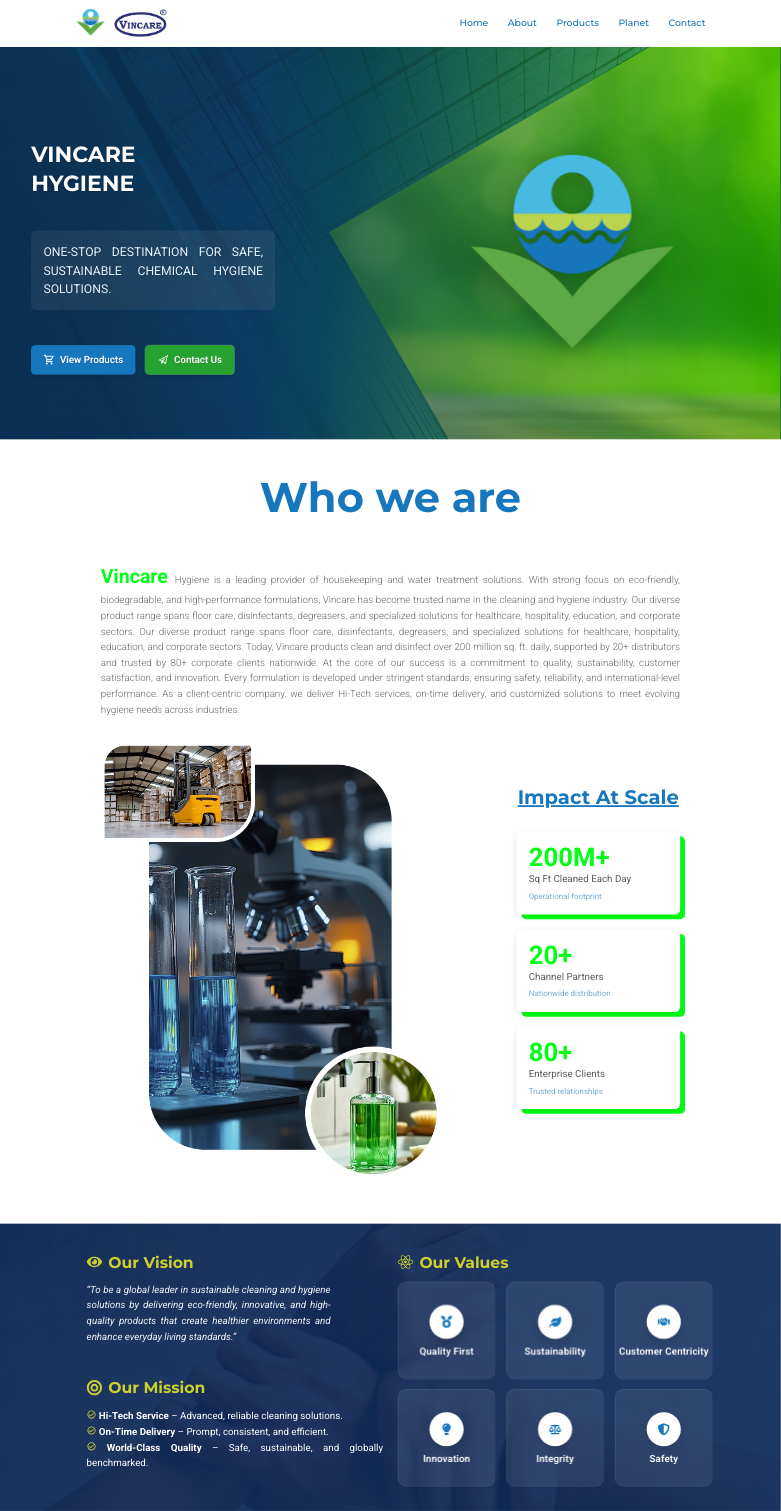
Repository: Yeshwanth-189/vincare
Page: / (app in vincare-frontend/)
These files come from the project's save history. The page is drawn as it stood at one moment and after the next save; the edit follows.
The browser window is 1280 px wide. The pictures show the whole page, at 61% of full size.
The project was rebuilt for these pictures with package versions that can differ from the ones it lists, and the page was loaded fresh each time. Also part of the build but not shown: vincare-frontend/vite.config.js.

Above is the page before, as saved 2025-09-20 02:32:07.

### vincare-frontend/index.html
<!DOCTYPE html>
<html lang="en">
  <head>
    <meta charset="UTF-8" />
    <link rel="preconnect" href="https://fonts.googleapis.com" />
    <link rel="preconnect" href="https://fonts.gstatic.com" crossorigin />
    <link rel="icon" type="image/svg+xml" href="/Vincare-Logo.png" />
    <link
      href="https://fonts.googleapis.com/css2?family=Lato:ital,wght@0,100;0,300;0,400;0,700;0,900;1,100;1,300;1,400;1,700;1,900&family=Montserrat:ital,wght@0,100..900;1,100..900&family=Roboto:ital,wght@0,100..900;1,100..900&display=swap"
      rel="stylesheet"
    />
    <meta name="viewport" content="width=device-width, initial-scale=1.0" />
    <title>Vincare Hygiene</title>
  </head>
  <body>
    <div id="root"></div>
    <script type="module" src="/src/main.jsx"></script>
  </body>
</html>

### vincare-frontend/src/App.jsx
import "./App.css";
import Vincare from "./components/Vincare";
import { BrowserRouter as Router, Routes, Route } from "react-router-dom";

function App() {
  return (
    <>
      <Router>
        <Routes>
          <Route path="/" element={<Vincare />} />
        </Routes>
      </Router>
    </>
  );
}

export default App;

### vincare-frontend/src/App.css
:root {
  /* Brand Colors */
  --color-primary: #1777bc; /* Dark Navy Blue */
  --color-secondary: rgb(0, 255, 21); /* Professional Light Blue */

  /* Backgrounds */
  --color-bg: #ffffff;
  --color-bg-light: #f5f5f5;

  /* Neutral Grays */
  --color-gray-dark: #333333;
  --color-gray-mid: #666666;
  --color-gray-light: #f5f5f5;

  /* Status Colors */
  --color-success: #2e7d32;
  --color-warning: #ed6c02;
  --color-error: #d32f2f;

  /* Typography */
  --font-heading: "Montserrat", serif;
  --font-body: "Roboto", sans-serif;

  /* Font Sizes (scalable for responsive design) */
  --text-h1: 2.5rem;
  --text-h2: 2rem;
  --text-h3: 1.5rem;
  --text-body: 1rem;
  --text-small: 0.875rem;

  /* Spacing (consistent padding/margin system) */
  --space-xs: 4px;
  --space-sm: 8px;
  --space-md: 16px;
  --space-lg: 24px;
  --space-xl: 32px;

  /* Border Radius */
  --radius-sm: 4px;
  --radius-md: 8px;
  --radius-lg: 16px;

  /* Shadows */
  --shadow-sm: 0 1px 2px rgba(0, 0, 0, 0.05);
  --shadow-md: 0 4px 6px rgba(0, 0, 0, 0.1);
  --shadow-lg: 0 10px 15px rgba(0, 0, 0, 0.15);
}

html,
body {
  margin: 0;
  padding: 0;
}
* {
  box-sizing: border-box;
}
/* Base Typography */
body {
  font-family: var(--font-body);
  font-size: var(--text-body);
  color: var(--color-gray-dark);
  background-color: var(--color-bg);
  margin: 0;
  padding: 0;
}

h1,
h2,
h3,
h4,
h5,
h6 {
  font-family: var(--font-heading);
  color: var(--color-primary);
  margin: 0 0 var(--space-md);
}

p {
  margin: 0 0 var(--space-md);
  color: var(--color-gray-mid);
}

### vincare-frontend/src/components/Vincare.jsx
import React from "react";
import NavBar from "../components/Navbar";
import Hero from "../components/Hero";
import About from "../components/About";
// import Services from "../components/Services";
// import Projects from "../components/Projects";
// import Courses from "../components/Courses";
// import Blogs from "../components/Blogs";
// import Contact from "../components/Contact";
// import Footer from "../components/Footer";

function Vincare() {
  return (
    <>
      <NavBar />
      <section id="home">
        <Hero />
      </section>
      <section id="about">
        <About />
      </section>
      {/* <section id="services">
        <Services />
      </section>
      <section id="courses">
        <Courses />
      </section>
      <section id="projects">
        <Projects />
      </section>
      <section id="blogs">
        <Blogs />
      </section>
      <section id="contact">
        <Contact />
      </section>
      <Footer /> */}
    </>
  );
}

export default Vincare;

### vincare-frontend/src/components/Navbar.jsx
import React, { useState } from "react";
import { Link as ScrollLink } from "react-scroll";
import "../styles/Navbar.css";
import VincareLogo from "../assets/Vincare-Logo.png";
import VincareWordLogo from "../assets/Vincare-Word-Logo.png";

function Navbar() {
  const [isOpen, setIsOpen] = useState(false);

  return (
    <nav className="navbar">
      <div className="navbar-grid">
        <div className="col-1" />

        <div className="col-2to11 navbar-content">
          <div className="navbar-logo">
            <img alt="logo" className="navbar-logo-image" src={VincareLogo} />
            <img
              alt="logo"
              className="navbar-word-logo-image"
              src={VincareWordLogo}
            />
            <div className="hamburger" onClick={() => setIsOpen(!isOpen)}>
              <span className={isOpen ? "bar rotate-top" : "bar"}></span>
              <span className={isOpen ? "bar fade" : "bar"}></span>
              <span className={isOpen ? "bar rotate-bottom" : "bar"}></span>
            </div>
          </div>

          {/* Smooth Scrolling Links */}
          <div className={`navbar-links ${isOpen ? "open" : ""}`}>
            <ScrollLink
              to="home"
              smooth={true}
              duration={700}
              onClick={() => setIsOpen(false)}
            >
              Home
            </ScrollLink>
            <ScrollLink
              to="about"
              smooth={true}
              duration={700}
              onClick={() => setIsOpen(false)}
            >
              About
            </ScrollLink>
            <ScrollLink
              to="services"
              smooth={true}
              duration={700}
              onClick={() => setIsOpen(false)}
            >
              Products
            </ScrollLink>
            <ScrollLink
              to="courses"
              smooth={true}
              duration={700}
              onClick={() => setIsOpen(false)}
            >
              Planet
            </ScrollLink>
            <ScrollLink
              to="contact"
              smooth={true}
              duration={700}
              onClick={() => setIsOpen(false)}
            >
              Contact
            </ScrollLink>
          </div>
        </div>

        <div className="col-12" />
      </div>
    </nav>
  );
}

export default Navbar;

### vincare-frontend/src/components/Hero.jsx
import React from "react";
// eslint-disable-next-line no-unused-vars
import { motion } from "framer-motion";
import "../styles/hero.css";
import HeroBg from "../assets/hero-of-bg.png";
import SideImage from "../assets/Vincare-Logo.png";
import { IoMdPaperPlane } from "react-icons/io";
import { MdOutlineShoppingCart } from "react-icons/md";

/**
 * Props:
 * - title       (string)
 * - subtitle    (string)
 * - text        (string)
 * - primaryCta  ({ label: string, onClick?: fn, href?: string })
 * - secondaryCta({ label: string, onClick?: fn, href?: string })
 * - bgImage     (string) // URL for hero background image
 */
export default function Hero({
  title = "VINCARE",
  subtitle = "HYGIENE",
  text = "ONE-STOP DESTINATION FOR SAFE, SUSTAINABLE CHEMICAL HYGIENE SOLUTIONS.",
  primaryCta = { label: "View Products", href: "#" },
  secondaryCta = { label: "Contact Us", href: "#" },
  bgImage = HeroBg,
  sideImage = SideImage,
}) {
  // animation variants
  const container = {
    hidden: { opacity: 0 },
    show: {
      opacity: 1,
      transition: { staggerChildren: 0.12, delayChildren: 0.15 },
    },
  };

  const riseUp = {
    hidden: { opacity: 0, y: 24 },
    show: {
      opacity: 1,
      y: 0,
      transition: { type: "spring", stiffness: 90, damping: 14 },
    },
  };

  const slideIn = {
    hidden: { opacity: 0, x: -24 },
    show: {
      opacity: 1,
      x: 0,
      transition: { type: "spring", stiffness: 90, damping: 16 },
    },
  };

  const fadeIn = {
    hidden: { opacity: 0 },
    show: { opacity: 1, transition: { duration: 0.35 } },
  };

  return (
    <section
      className="hero"
      style={{ ["--hero-bg-image"]: `url(${bgImage})` }}
      aria-label="Intro"
    >
      <div className="hero__inner">
        {/* Column 1 & 12 are gutters by layout rules in CSS */}
        <motion.div
          className="hero__content"
          variants={container}
          initial="hidden"
          animate="show"
        >
          <motion.h1 className="hero__title" variants={riseUp}>
            {title}
          </motion.h1>

          <motion.h1 className="hero__title" variants={fadeIn}>
            {subtitle}
          </motion.h1>

          <motion.p className="hero__text" variants={slideIn}>
            {text}
          </motion.p>

          <motion.div className="hero__actions" variants={fadeIn}>
            {primaryCta?.href ? (
              <a className="btn btn--primary" href={primaryCta.href}>
                <MdOutlineShoppingCart className="btn__icon" />
                {primaryCta.label}
              </a>
            ) : (
              <button
                className="btn btn--primary"
                onClick={primaryCta?.onClick}
              >
                <MdOutlineShoppingCart className="btn__icon" />
                {primaryCta.label}
              </button>
            )}

            {secondaryCta?.href ? (
              <a className="btn btn--ghost" href={secondaryCta.href}>
                <IoMdPaperPlane className="btn__icon" />
                {secondaryCta.label}
              </a>
            ) : (
              <button
                className="btn btn--ghost"
                onClick={secondaryCta?.onClick}
              >
                <IoMdPaperPlane className="btn__icon" />
                {secondaryCta.label}
              </button>
            )}
          </motion.div>
        </motion.div>
        <motion.div className="hero__visual">
          <motion.img
            src={sideImage}
            alt="Illustration"
            className="hero__visual-img"
            initial={{ rotateY: 0 }}
            animate={{ rotateY: 1080 }}
            transition={{ duration: 1.2, ease: "easeOut" }}
          />
        </motion.div>
      </div>
    </section>
  );
}

### vincare-frontend/src/styles/Navbar.css
.navbar {
  position: fixed;
  width: 100%;
  background-color: var(--color-bg);
  z-index: 999;
  padding: 1% 0 1%;
}

.navbar-grid {
  display: grid;
  grid-template-columns: repeat(12, 1fr);
  align-items: center;
  max-width: 1400px;
  margin: 0 auto;
  padding: 0 20px;
}

.col-1 {
  grid-column: 1 / 2;
}

.col-2to11 {
  grid-column: 2 / 12;
  display: flex;
  justify-content: space-between;
  align-items: center;
}

.col-12 {
  display: none;
}

/* Left: Logo */
.navbar-logo {
  font-family: "Montserrat", serif;
  font-size: 1.3rem;
  color: var(--color-primary);
  display: flex;
  justify-content: flex-start;
  align-items: flex-start;
  gap: 10px;
  width: 100%;
}

.navbar-logo-image {
  width: 8%;
}
.navbar-word-logo-image {
  width: 15%;
}
.primary {
  color: #0a2540;
}

.secondary {
  color: #51ba31;
}

/* Right: Links */
.navbar-links {
  display: flex;
  gap: 32px;
  font-family: "Montserrat", serif;
  font-size: 0.95rem;
}

.navbar-links a {
  color: var(--color-primary);
  text-decoration: none;
  transition: color 0.3s ease;
  position: relative;
}

.navbar-links a:hover {
  color: var(--color-secondary);
  cursor: pointer;
}

.navbar-links a::after {
  content: "";
  display: block;
  height: 2px;
  width: 0;
  background-color: var(--color-secondary);
  transition: width 0.3s ease;
  position: absolute;
  bottom: -4px;
  left: 0;
}

.navbar-links a:hover::after {
  width: 100%;
}
.hamburger {
  display: none;
  flex-direction: column;
  justify-content: center;
  align-items: flex-end;
  gap: 5px;
  margin-left: auto;
  cursor: pointer;
  z-index: 1000;
}

.bar {
  width: 22px;
  height: 3px;
  background-color: #0a2540;
  transition: all 0.3s ease;
}

.rotate-top {
  transform: rotate(45deg) translateY(8px);
}

.fade {
  opacity: 0;
}

.rotate-bottom {
  transform: rotate(-45deg) translateY(-8px);
}

/* Responsive */
@media screen and (max-width: 768px) {
  .navbar-grid {
    grid-template-columns: 1fr;
  }

  .col-2to11 {
    flex-direction: column;
    gap: 14px;
    grid-column: span 12;
  }

  .navbar-logo {
    font-size: 1.1rem;
  }

  .navbar-logo-image {
    width: 10%;
    padding-top: 3%;
  }

  .navbar-word-logo-image {
    width: 20%;
    padding-top: 3%;
    padding-bottom: 3%;
  }

  .navbar-links {
    flex-direction: column;
    gap: 12px;
  }
  @media screen and (max-width: 768px) {
    .hamburger {
      margin-top: 5%;
      display: flex;
    }
    .navbar {
      top: 0;
      border-bottom: 1px solid #0a2540;
    }

    .navbar-links {
      display: none;
      flex-direction: column;
      gap: 16px;
      margin-top: 1rem;
      width: 100%;
    }

    .navbar-links.open {
      display: flex;
      animation: fadeIn 0.3s ease-in-out;
    }
  }

  @keyframes fadeIn {
    from {
      opacity: 0;
      transform: translateY(-10px);
    }
    to {
      opacity: 1;
      transform: translateY(0);
    }
  }
}

### vincare-frontend/src/styles/About.css
/* --------------------------------------------------
   CSS (place in: src/styles/whoWeAre.css)
-------------------------------------------------- */

/* Root grid */
:root {
  --who-maxw: 1200px;
  --who-pad: clamp(16px, 2.5vw, 28px);
  --who-gap: clamp(16px, 2vw, 24px);
  --card-radius: 18px;
  --card-shadow: 0 18px 50px rgba(0, 0, 0, 0.15);
  --card-outline: 1px solid rgba(255, 255, 255, 0.06);
}

.who {
  max-width: var(--who-maxw);
  margin: 0 auto;
  padding: calc(var(--who-pad) * 2) var(--who-pad);
}

.grid-12 {
  display: grid;
  grid-template-columns: repeat(12, minmax(0, 1fr));
  gap: var(--who-gap);
}

/* Centered heading spanning cols 2-11 (gutters are 1 & 12) */
.who__title {
  grid-column: 2 / 12;
  text-align: center;
  font-size: clamp(4rem, 5.5vw + 0.5rem, 4.25rem);
  font-family: "Montserrat", sans-serif;
  line-height: 1.15;
  margin-bottom: clamp(14px, 2vw, 18px);
}

/* Left column (2-7) */
.who__left {
  grid-column: 2 / 8;
  align-self: start;
  text-align: justify;
}

.who__storyImage {
  width: 100%;
  margin-bottom: 16px;
  border-radius: 14px;
  overflow: hidden;
}
.who__storyImage img {
  width: 100%;
  height: auto;
  display: block;
  object-fit: cover;
}

.who__intro {
  grid-column: 2 / 12;
  font-family: "Roboto", sans-serif;
  font-size: 1rem;
  line-height: 1.6;
  text-align: justify;
  margin-top: 1.5rem;
  font-weight: 300;
}

.who__highlight {
  font-weight: 700;
  color: var(--color-secondary); /* green */
  font-size: 2rem;
  margin-right: 4px;
}

.who__sectionTitle {
  font-size: clamp(20px, 2.2vw, 24px);
  margin: 6px 0 10px;
}

.who__para {
  font-size: 16px;
  line-height: 1.6;
  opacity: 0.9;
}

/* Right column (8-11): metric stack */
.who__right {
  grid-column: 9 / 12;
  display: grid;
  gap: var(--who-gap);
  align-content: start;
  padding-top: 25%;
}

.who__right_head {
  grid-column: 1 / -1;
  font-size: clamp(1.5rem, 2.5vw, 2rem);
  text-align: center;
  margin-bottom: 8px;
  font-family: "Montserrat", sans-serif;
  text-decoration: underline;
}

.metric {
  position: relative;
  display: inline-block;
}

.metric__inner {
  position: relative;
  z-index: 2;
  background: #fff;
  border-radius: 8px;
  padding: 20px;
  box-shadow: 0 4px 12px rgba(0, 0, 0, 0.1);
}

/* Back box (shadow layer) */
.metric::before {
  content: "";
  position: absolute;
  top: 8px; /* push it down */
  left: 8px; /* push it right */
  width: 100%;
  height: 100%;
  border-radius: 8px;
  background: var(--color-secondary); /* yellow back box */
  z-index: 1;
}

.metric__value {
  font-size: clamp(28px, 4vw, 42px);
  font-weight: 700;
  letter-spacing: 0.2px;
  line-height: 1.1;
  color: var(--color-secondary);
}

.metric__label {
  text-transform: capitalize;
  opacity: 0.8;
}
.metric__caption {
  opacity: 0.6;
  font-size: 13px;
  margin-top: 6px;
  color: var(--color-primary);
}
/* Vision + Mission + Values band */
.who__band {
  grid-column: 1 / -1; /* spans full container, we’ll constrain inside */
  position: relative;
  padding: clamp(20px, 4vw, 40px);
  color: #fff;
  background: var(--band-bg);
  background-size: cover;
  background-position: center;
  overflow: hidden;
}

/* Inner grid columns */
.who__bandLeft {
  grid-column: 2 / 7; /* 2-6 */
}

.who__bandRight {
  grid-column: 7 / 12; /* 7-11 */
}

/* Headings & text */
.band__eyeline,
.band__value,
.band__subhead {
  display: flex;
  align-items: center;
  gap: 10px;
  margin: 0 0 10px 0;
  color: #ced12b;
  font-family: "Montserrat", sans-serif;
}

.band__eyeline {
  font-size: clamp(1.3rem, 2.2vw, 1.6rem);
}
.band__value {
  font-size: clamp(1.3rem, 2.2vw, 1.6rem);
}
.band__subhead {
  font-size: clamp(1.3rem, 2.2vw, 1.6rem);
  margin-top: 10%;
}

.band__icon {
  display: flex;
  align-items: center;
  gap: 10px;
  margin: 0 0 10px 0;
  color: #ced12b;
  font-family: "Montserrat", sans-serif;
  margin-top: 2%;
}

.band__para {
  margin: 0;
  line-height: 1.6;
  opacity: 0.95;
  font-family: "Roboto", sans-serif;
  font-style: italic;
  text-align: justify;
  color: #fff;
  max-width: 400px;
}

/* Mission bullets */
.band__bullets {
  max-width: 560px;
  text-align: justify;
}

.band__bulletIcon {
  margin-top: 3px;
  font-size: 1rem;
  color: #ced12b;
}

/* Values grid (right column) */
.band__valuesTitle {
  margin: 0 0 12px 0;
  font-family: "Montserrat", sans-serif;
  text-align: left;
  font-size: clamp(1.2rem, 2.2vw, 1.5rem);
  color: #ced12b;
}
.band__right__title {
  font-size: clamp(1.3rem, 2.2vw, 1.6rem);
}
:root {
  --value-card-w: 160px; /* fixed width */
  --value-card-h: 160px; /* fixed height (square) */
  --value-icon-d: 56px; /* icon circle diameter */
}

/* 3 in a row */
.band__valuesGrid {
  display: grid;
  grid-template-columns: repeat(3, 1fr);
  gap: 16px 18px;
}

/* Card */
.valueItem {
  position: relative; /* required for pseudo-element */
  overflow: hidden; /* clip shine */
  width: var(--value-card-w);
  height: var(--value-card-h);
  margin: 0 auto;
  display: flex;
  flex-direction: column;
  align-items: center;
  justify-content: center;
  border-radius: 14px;
  background: rgba(255, 255, 255, 0.08);
  border: 1px solid rgba(255, 255, 255, 0.12);
  backdrop-filter: blur(4px);
  text-align: center;
  transition: transform 0.3s ease;
}

.valueItem::after {
  content: "";
  position: absolute;
  top: -50%;
  left: -75%;
  width: 50%;
  height: 200%;
  background: linear-gradient(
    120deg,
    rgba(255, 255, 255, 0) 0%,
    rgba(255, 255, 255, 0.6) 50%,
    rgba(255, 255, 255, 0) 100%
  );
  transform: skewX(-25deg);
}

/* Animate the shine on hover */
.valueItem:hover::after {
  animation: shine 0.9s forwards;
}

@keyframes shine {
  0% {
    left: -75%;
  }
  100% {
    left: 125%;
  }
}

/* Circular icon */
.valueIconWrap {
  width: var(--value-icon-d);
  height: var(--value-icon-d);
  border-radius: 50%;
  display: grid;
  place-items: center;
  background: #fff; /* your accent color */
  box-shadow: 0 6px 14px rgba(0, 0, 0, 0.15);
}

.valueIcon {
  font-size: 1.25rem;
  color: var(--color-primary);
}

/* Label */
.valueLabel {
  margin-top: 10px;
  font-weight: 600;
  letter-spacing: 0.2px;
  line-height: 1.2;
  display: inline-block;
}

/* Responsive: keep 3 on wide, fall back when needed */
@media (max-width: 980px) {
  .band__valuesGrid {
    grid-template-columns: repeat(3, 1fr);
  }
  :root {
    --value-card-w: 150px;
    --value-card-h: 150px;
    --value-icon-d: 52px;
  }
}

@media (max-width: 700px) {
  .band__valuesGrid {
    grid-template-columns: repeat(2, 1fr);
  }
}

@media (max-width: 400px) {
  .band__valuesGrid {
    grid-template-columns: 1fr;
  }
}

/* Responsive */
@media (max-width: 980px) {
  .who__bandLeft {
    grid-column: 2 / 12;
  }
  .who__bandRight {
    grid-column: 2 / 12;
    margin-top: 16px;
  }
}

/* Responsive */
@media (max-width: 980px) {
  .who__left {
    grid-column: 2 / 12;
  }
  .who__right {
    grid-column: 2 / 12;
    grid-template-columns: 1fr;
  }
}

@media (max-width: 600px) {
  .who__vision {
    grid-template-columns: 1fr;
  }
  .who__title {
    grid-column: 2 / 12;
    text-align: center;
    font-size: clamp(2rem, 3.5vw + 0.5rem, 2.25rem);
    font-family: "Montserrat", sans-serif;
    line-height: 1.15;
    margin-bottom: clamp(14px, 2vw, 18px);
  }
  .who__highlight {
    font-weight: 500;
    color: #fff;
    font-size: 1rem;
    margin-right: 4px;
  }
  .who__intro {
    grid-column: 2 / 12;
    font-family: "Roboto", sans-serif;
    font-size: 0.75rem;
    line-height: 1.6;
    text-align: justify;
    margin-top: 0.5rem;
    font-weight: 300;
  }
}

Loaded but not shown: vincare-frontend/src/main.jsx (common file); vincare-frontend/src/index.css (common file); vincare-frontend/src/components/About.jsx (277 lines, source omitted); vincare-frontend/src/styles/Hero.css (174 lines, source omitted)

After the next save:
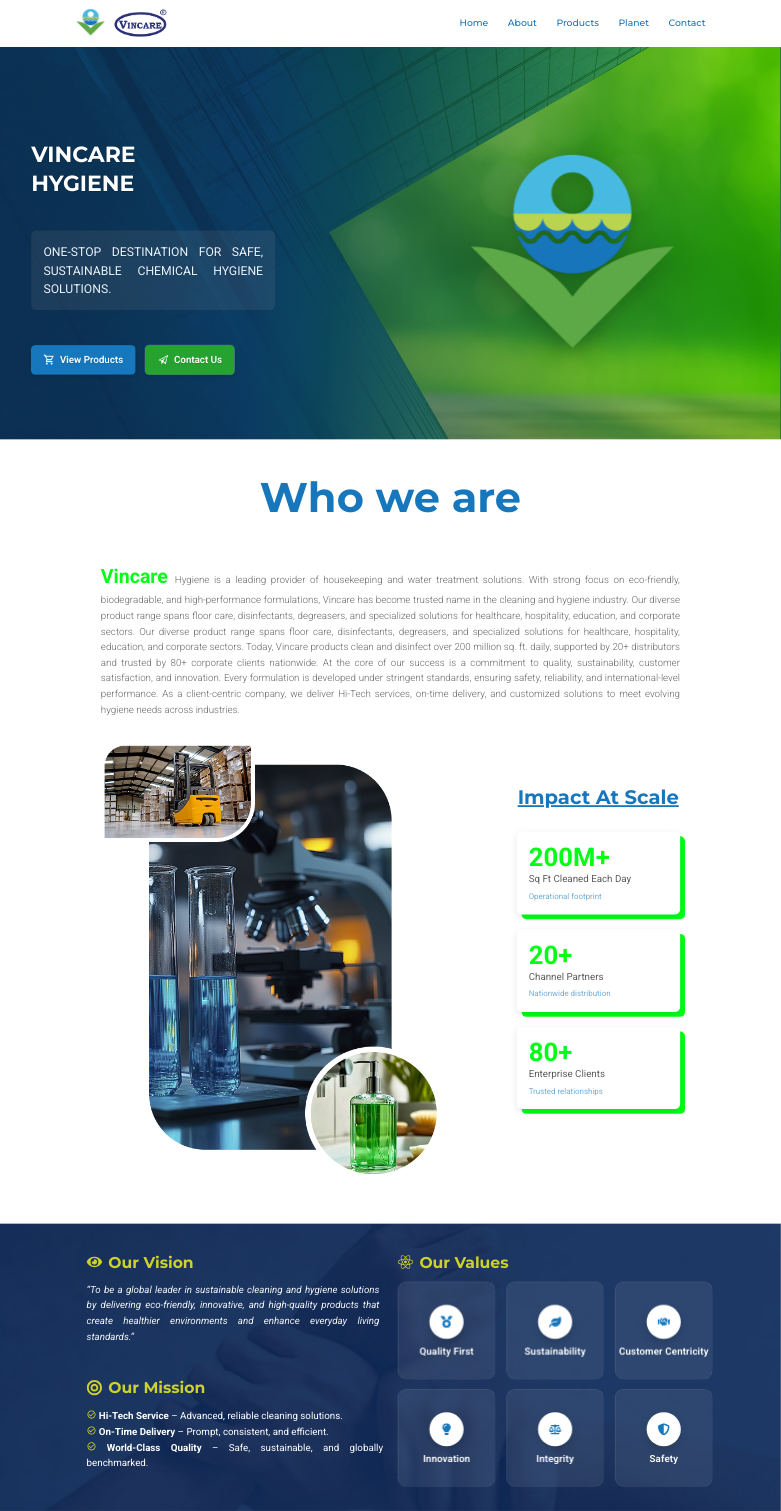
Saved 9 s later.
--- a/vincare-frontend/src/styles/About.css
+++ b/vincare-frontend/src/styles/About.css
@@ -207,7 +207,7 @@
   font-style: italic;
   text-align: justify;
   color: #fff;
-  max-width: 400px;
+  max-width: 480px;
 }
 
 /* Mission bullets */
